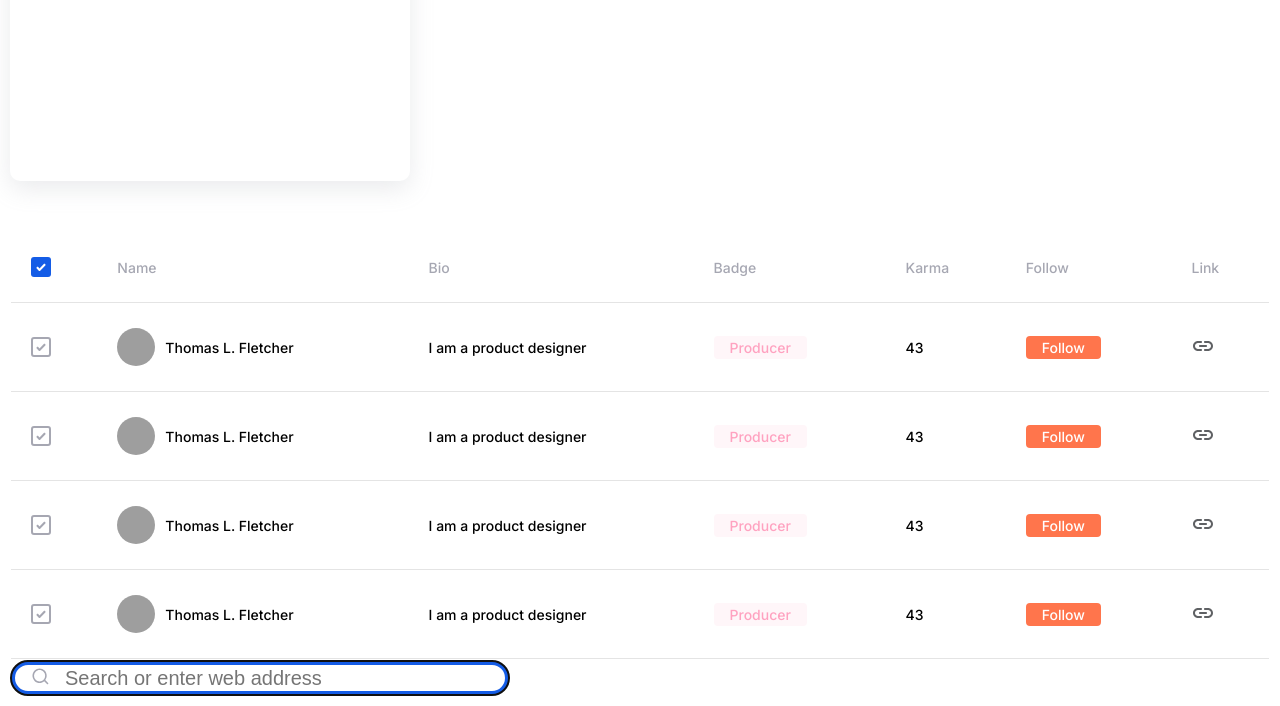
Repository: anhphapap/CSS
Page: test.html
These files come from the project's save history. The page is drawn as it stood at one moment and after the next save; the edit follows.
The browser window is 1280 px wide. The pictures show the part of the page from y = 642 to 1348 px (the page is 1348 px tall).
The first visible `.input-search` has the focus.
Pictures or frames that could not be fetched are drawn as grey boxes. A picture or video elsewhere on the page could not be fetched, so the positions and the page height are approximate.

Above is the page before, as saved 2023-04-09 22:01:44.

After the next save:
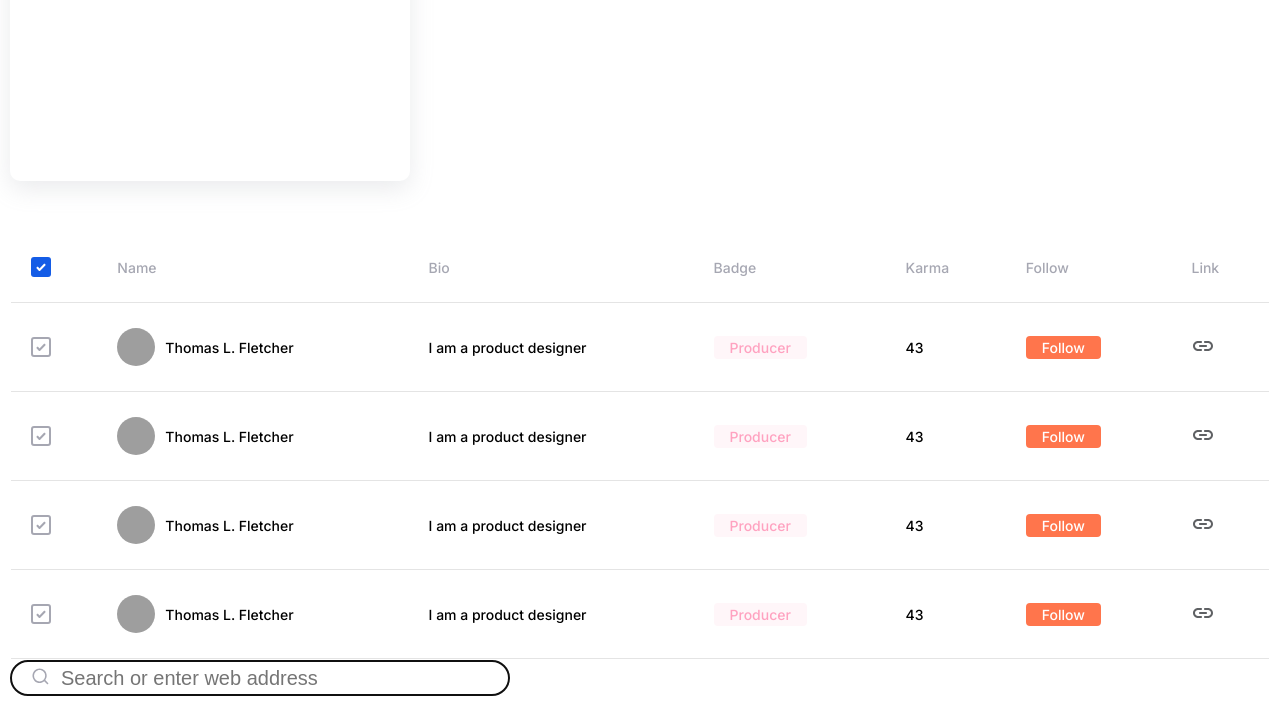
Saved 7 s later.
--- a/CSS/test.css
+++ b/CSS/test.css
@@ -406,5 +406,5 @@ td,th{
 .input-search:focus{
     background-color: white;
     color: black;
-    border: 5px solid #145CE6;
-}
+    border: 1px solid #145CE6;
+}
